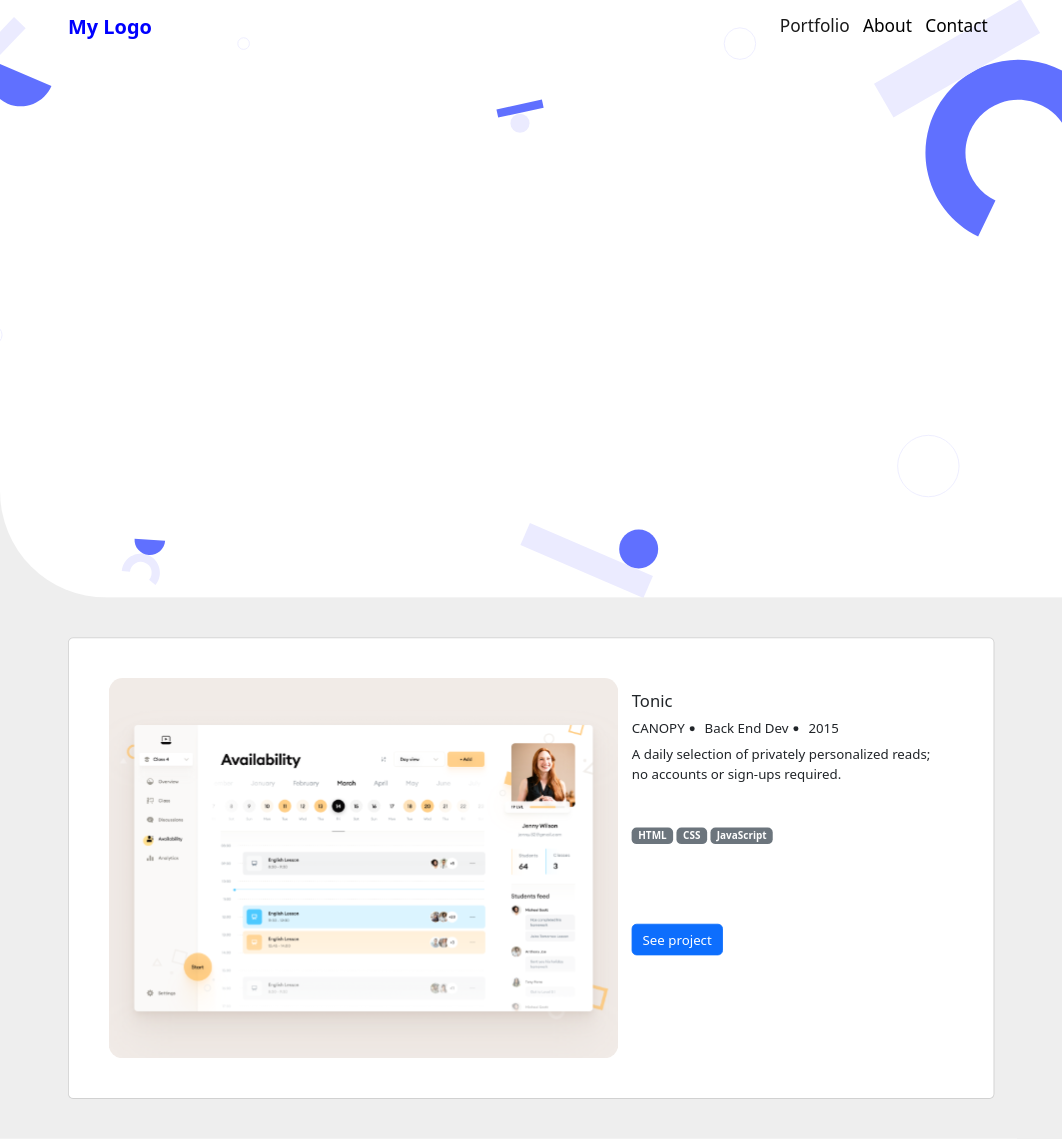
Repository: waelelsafty07/Bootstrap-Portfolio
Page: index.html
The author's editor kept a copy of each file at every save. The page is drawn from the files as they stood at one save, then again after a run of saves.
The browser window is 1280 px wide. The pictures show the whole page, at 83% of full size.

Above is the page before, as saved 2023-04-04 16:58:50.

### index.html
<!DOCTYPE html>
<html lang="en">
<head>
    <meta charset="UTF-8">
    <meta http-equiv="X-UA-Compatible" content="IE=edge">
    <meta name="viewport" content="width=device-width, initial-scale=1.0">
    <title>Portfolio</title>
    <link rel="stylesheet" href="css/bootstrap.min.css"/>
    <link rel="stylesheet" href="styles.css"/>
</head>
<body>
    <header>
        <nav class="navbar navbar-expand-lg navbar-light">
            <div class="container">
              <a class="navbar-brand" href="#">My Logo</a>
              <button class="navbar-toggler" type="button" data-bs-toggle="collapse" data-bs-target="#navbarNav" aria-controls="navbarNav" aria-expanded="false" aria-label="Toggle navigation">
                <span class="navbar-toggler-icon"></span>
              </button>
              <div class="collapse navbar-collapse flex-row-reverse" id="navbarNav">
                <ul class="navbar-nav">
                  <li class="nav-item">
                    <a class="nav-link active" aria-current="page" href="#">Portfolio</a>
                  </li>
                  <li class="nav-item">
                    <a class="nav-link" href="#">About</a>
                  </li>
                  <li class="nav-item">
                    <a class="nav-link" href="#">Contact</a>
                  </li>
                </ul>
              </div>
            </div>
          </nav>
    </header>
    <main>
      <section id="works" class="works m-5">
        <div class="container">
          <div class="card flex-row p-5">
            <img src="images/Snapshoot Portfolio (1).svg" class="card-img-top" alt="...">
            <div class="card-body">
              <h5 class="card-title mb-2">Tonic</h5>
              <ul class="d-flex p-0 my-2">
                <li class="list-unstyled">CANOPY</li>
                <li class="ms-4">Back End Dev</li>
                <li class="ms-4">2015</li>
              </ul>
              <p class="card-text my-2">A daily selection of privately personalized reads; no accounts or sign-ups required.</p>
              <ul class="list-unstyled my-5">
                <li class="badge bg-secondary">HTML</li>
                <li class="badge bg-secondary">CSS</li>
                <li class="badge bg-secondary">JavaScript</li>
              </ul>
              <a href="#" class="btn btn-primary mt-5">See project</a>
            </div>
          </div>
        </div>
      </section>
    </main>

    <script src="js/bootstrap.bundle.min.js"></script>
</body>
</html>

### styles.css
body {
  background-color: #eee;
}
header {
  background-color: #fff;
  background-image: url("images/Header\ bg.svg");
  background-repeat: no-repeat;
  background-position: center;
  height: 100vh;
  border-bottom-left-radius: 8rem;
}
nav .navbar-brand {
  font-weight: bold;
  font-size: 1.5rem;
  color: blue;
}
nav .nav-link {
  font-weight: 500;
  font-size: 1.3rem;
  color: #000;
}

Loaded but not shown: css/bootstrap.min.css (library); js/bootstrap.bundle.min.js (library)

After the next 2 saves:
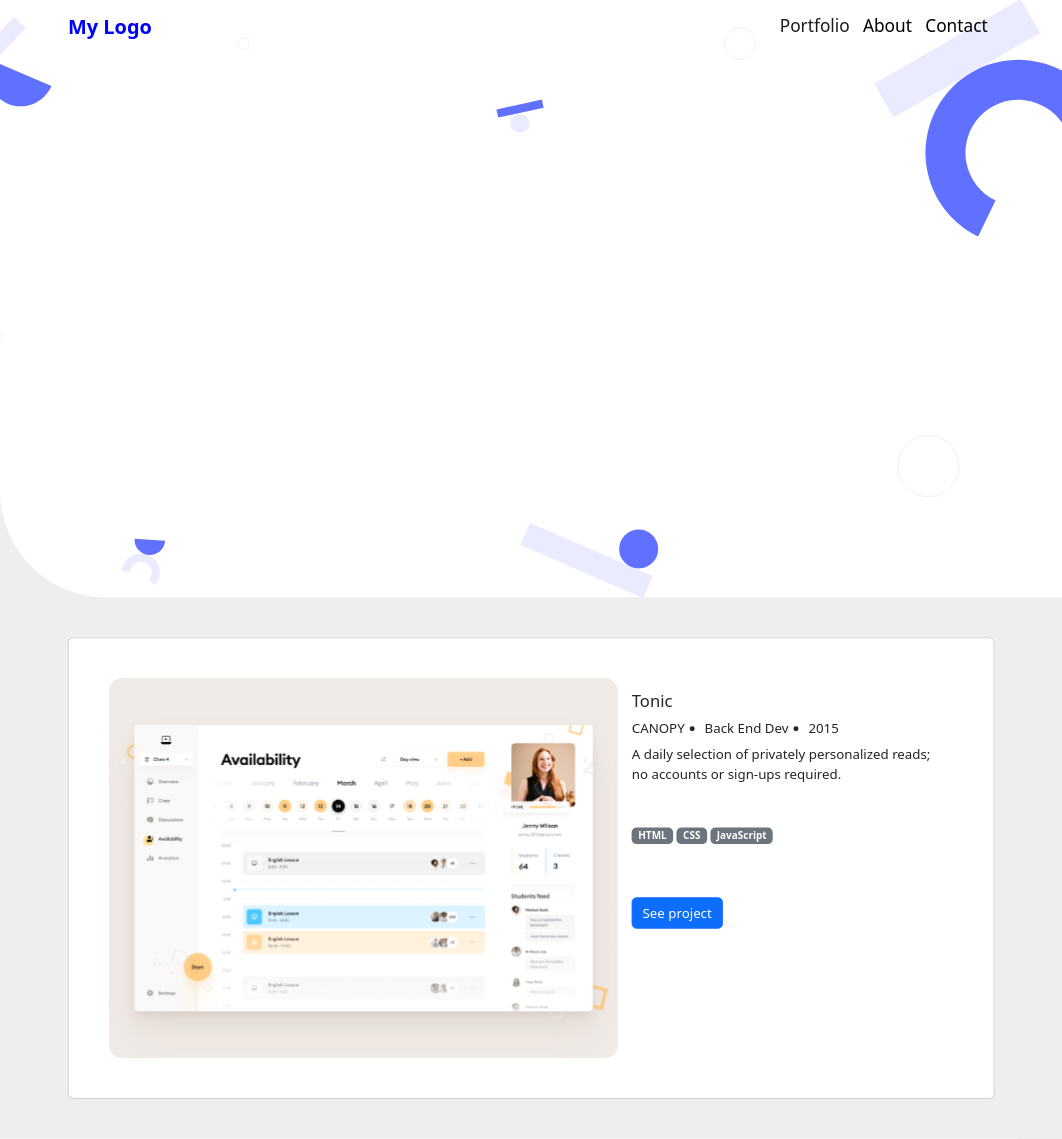
The 2 saves are shown as one change because they came seconds apart.
The last was saved 74 s later.
--- a/index.html
+++ b/index.html
@@ -50,7 +50,7 @@
                 <li class="badge bg-secondary">CSS</li>
                 <li class="badge bg-secondary">JavaScript</li>
               </ul>
-              <a href="#" class="btn btn-primary mt-5">See project</a>
+              <a href="#" class="btn btn-primary mt-3">See project</a>
             </div>
           </div>
         </div>
